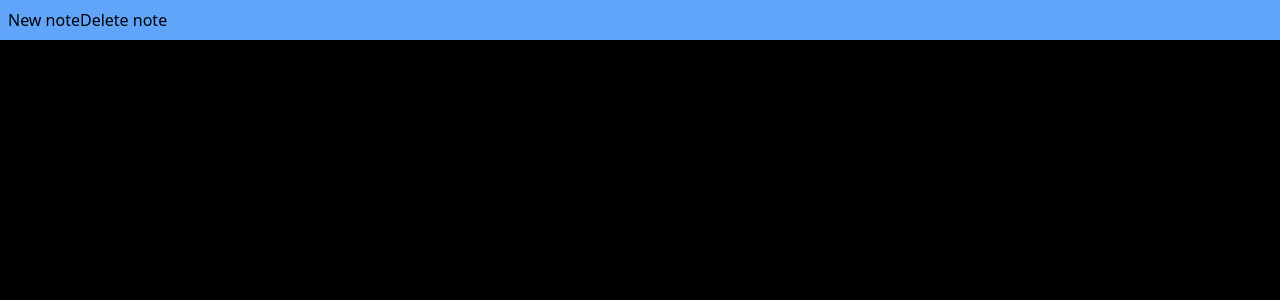
Repository: TMuse333/works-software-assessment
Page: /
An editor plug-in stored every save of this project. The page is shown before and after a run of saves, followed by the edit.
The browser window is 1280 px wide. The pictures show the whole page.
The project was rebuilt for these pictures with package versions that can differ from the ones it lists, and the page was loaded fresh each time. Also part of the build but not shown: vite.config.js, src/components/note/note.jsx.

Above is the page before, as saved 2024-04-02 17:22:50.

### src/App.jsx
import { useState } from 'react'
import reactLogo from './assets/react.svg'
import viteLogo from '/vite.svg'
import './App.css'
import Note from './components/note/note'
import Navbar from './components/navbar/navbar'

function App() {
  const [count, setCount] = useState(0)

  return (
    <>
    <div className='bg-black h-screen w-screen absolute top-0 left-0'>


    <Navbar/>
  {/* <Note/> */}
  </div>
    </>
  )
}

export default App

### src/components/navbar/navbar.tsx
import React from "react";
import { IoIosAdd, IoIosRemove } from 'react-icons/io';


const Navbar: React.FC = () => {

return (
    <div className="relative bg-blue-400 p-2">
       <ul className="flex">
        <li>New note</li>
        <li>Delete note</li>
       </ul>
    </div>
)

}

export default Navbar

Loaded but not shown: index.html (common file); src/main.jsx (common file); src/index.css (common file); src/App.css (common file); tailwind.config.js (common file)

After the next 3 saves:
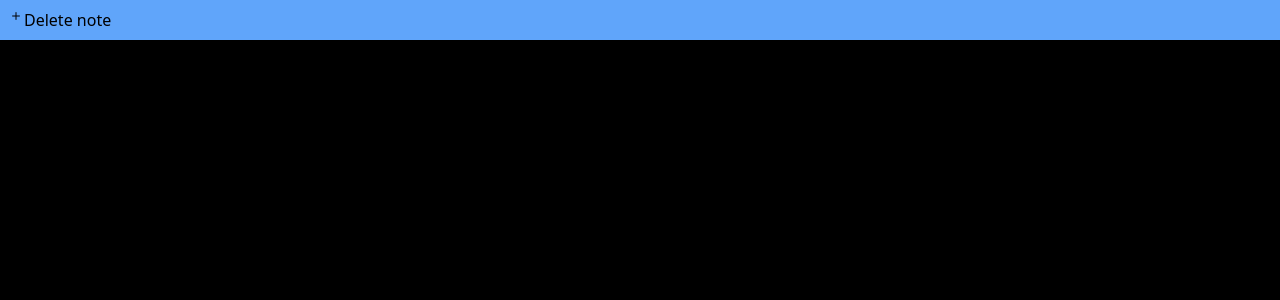
The 3 saves are shown as one change because they came seconds apart.
The last was saved 11 s later.
--- a/src/components/navbar/navbar.tsx
+++ b/src/components/navbar/navbar.tsx
@@ -7,7 +7,7 @@ const Navbar: React.FC = () => {
 return (
     <div className="relative bg-blue-400 p-2">
        <ul className="flex">
-        <li>New note</li>
+        <li><IoIosAdd/></li>
         <li>Delete note</li>
        </ul>
     </div>
